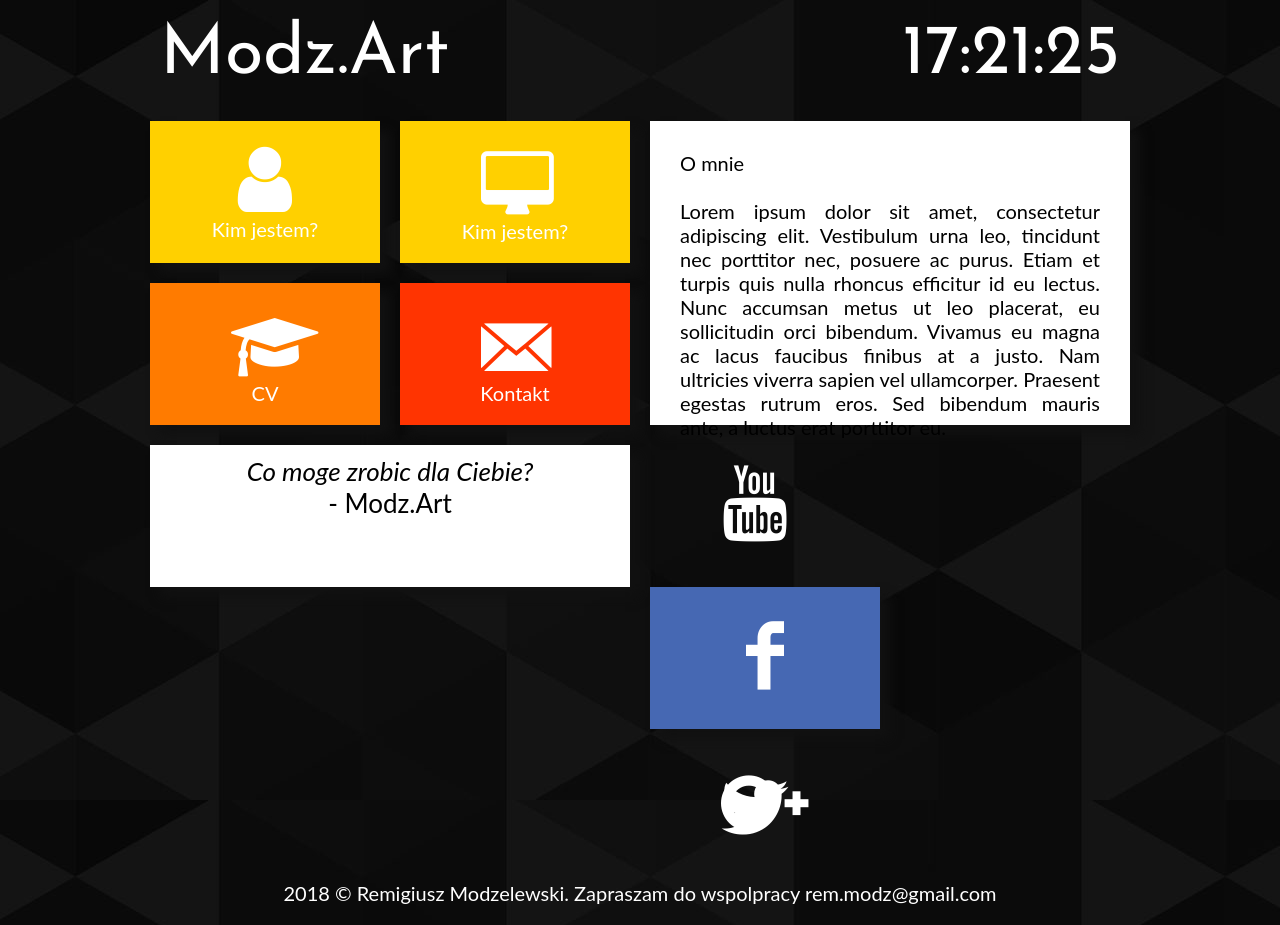
Repository: RemModz/Portfolio
Page: kimjestem.html
An editor plug-in stored every save of this project. The page is shown before and after the next save, followed by the edit.
The browser window is 1280 px wide. The pictures show the whole page.

Above is the page before, as saved 2018-11-14 14:26:16.

After the next save:
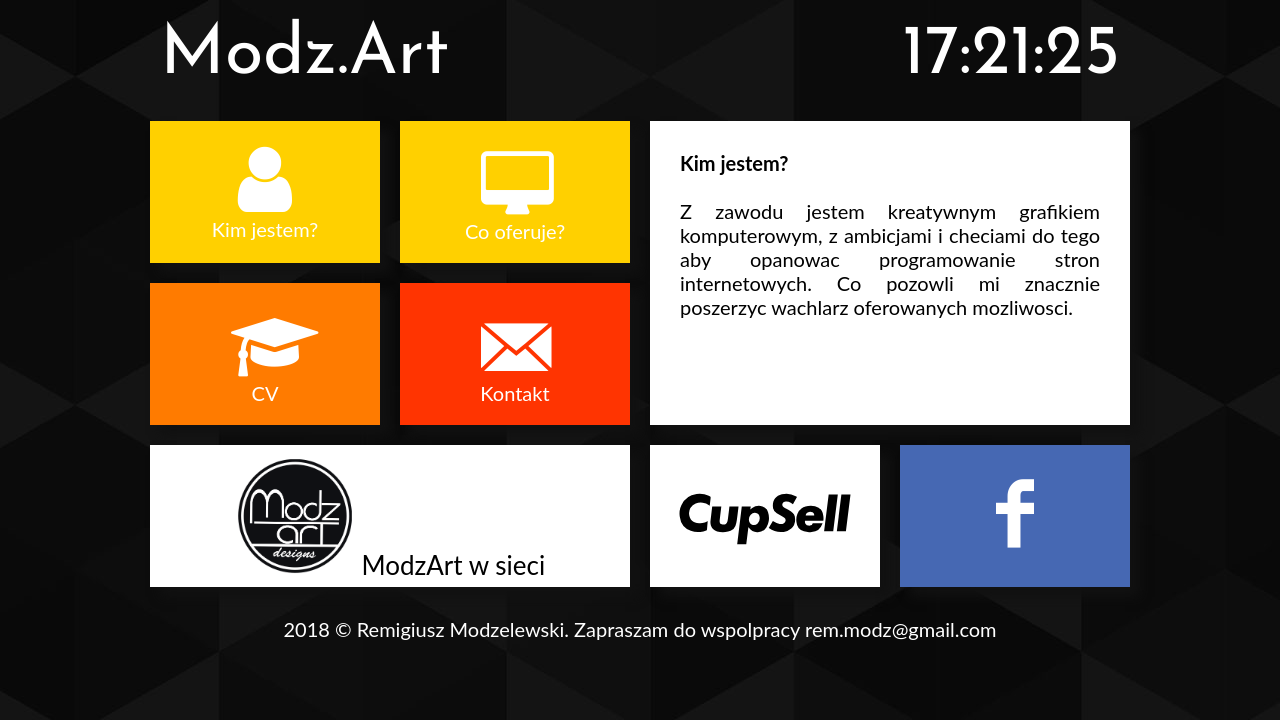
Saved 3 min 28 s later.
--- a/kimjestem.html
+++ b/kimjestem.html
@@ -18,6 +18,7 @@
 
         <div class="rectangle">
                 <div id="logo">
+
                     <a href="index.html" class="tilelinkhtml5">Modz.Art</a></div>
             <div id="zegar"></div>
             <div style="clear:both;"></div>
@@ -28,7 +29,7 @@
                 <a href="kimjestem.html" class="tilelink"> <i class="icon-user"></i><br/>Kim jestem? </a>
             </div>
             <div class="tile1">
-                <a href="cooferuje.html" class="tilelink"> <i class="icon-desktop"></i><br/>Kim jestem? </a>
+                <a href="cooferuje.html" class="tilelink"> <i class="icon-desktop"></i><br/>Co oferuje? </a>
                        </div>
             <div style="clear:both;"></div>
 
@@ -40,19 +41,18 @@
             </div>
             <div style="clear:both;"></div>
 
-            <div class="tile4"><i>Co moge zrobic dla Ciebie? </i><br /> - Modz.Art</div>
+            <div class="tile4"><img src="modzartlogo.svg" alt="ModzArt Logo"> ModzArt w sieci</div>
+            <div style="clear:both;"></div>
         </div>
 
         <div class="square">
-            <div class="tile5">O mnie <br /> <br />Lorem ipsum dolor sit amet, consectetur adipiscing elit. Vestibulum urna leo, tincidunt nec porttitor nec, posuere ac purus. Etiam et turpis quis nulla rhoncus efficitur id eu lectus. Nunc accumsan metus ut leo placerat, eu sollicitudin orci bibendum. Vivamus eu magna ac lacus faucibus finibus at a justo. Nam ultricies viverra sapien vel ullamcorper. Praesent egestas rutrum eros. Sed bibendum mauris ante, a luctus erat porttitor eu. </div>
-            <div class="yt">
-                    <a href="http://www.youtube.com" target="_blank" class="sociallink"><i class="icon-youtube"></i></a></div>
-            <div class="fb">
+            <div class="tile5"> <b>Kim jestem?</b> <br /> <br /> Z zawodu jestem kreatywnym grafikiem komputerowym, z ambicjami i checiami do tego aby opanowac programowanie stron internetowych. Co pozowli mi znacznie poszerzyc wachlarz oferowanych mozliwosci. </div>
+
+            <div class="cupsell">
+                    <a href="http://www.modzart.cupsell.pl" target="_blank" class="sociallink"><img src="cupsell.svg" alt="CupSell"></a></div>
+
+                    <div class="fb">
                     <a href="http://www.facebook.com/R.ModzArt" target="_blank" class="sociallink"> <i class="icon-facebook"></i></a></div>
-            <div class="gplus">
-                    <a href="http://www.plus.google.com" target="_blank" class="sociallink"><i class="icon-gplus"></i></a></div>
-            <div class="tw">
-                    <a href="http://www.tweeter.com" target="_blank" class="sociallink"><i class="icon-twitter"></i></a></div>
             <div style="clear:both;"></div>
 
 
@@ -61,7 +61,7 @@
 
         <div style="clear:both;"></div>
 
-        <div class="rectangle"> 2018 &copy; </i> Remigiusz Modzelewski. Zapraszam do wspolpracy rem.modz@gmail.com </div>
+        <div class="rectangle"> 2018 &copy;  Remigiusz Modzelewski. Zapraszam do wspolpracy rem.modz@gmail.com </div>
     </div>
 </body>
 </html>
